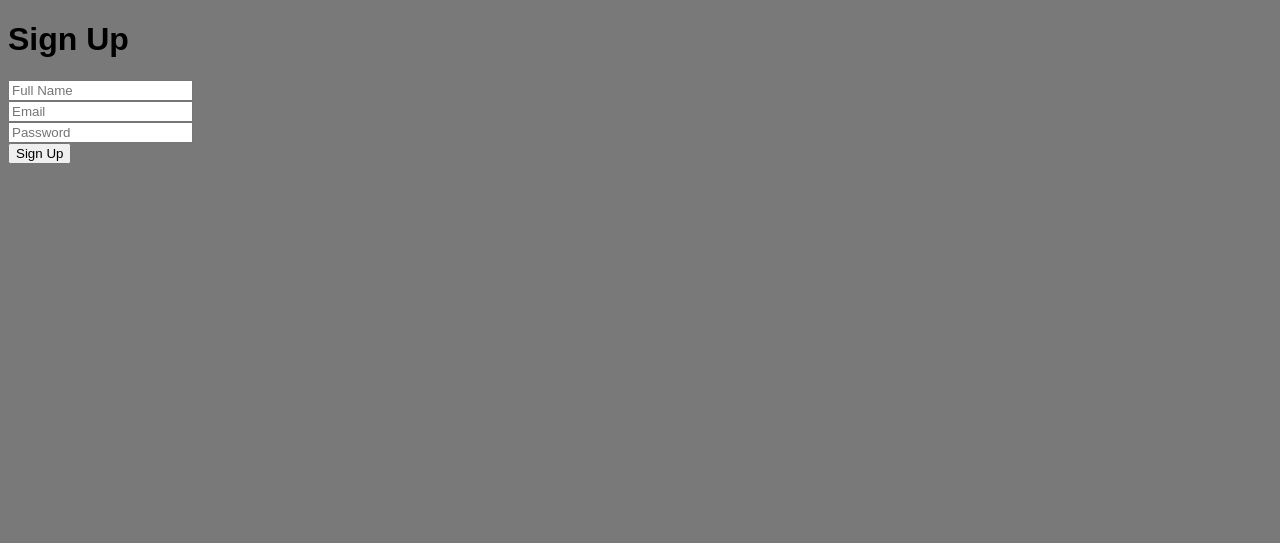
Repository: OmarEssameldinMousa/DONE
Page: signup.html
An editor plug-in stored every save of this project. The page is shown before and after the next save, followed by the edit.
The browser window is 1280 px wide. The pictures show the whole page.

Above is the page before, as saved 2023-12-16 20:35:07.

### signup.html
<!DOCTYPE html>
<html lang="en">

<head>
    <meta charset="UTF-8">
    <meta name="viewport" content="width=device-width, initial-scale=1.0">
    <title>Sign Up</title>
    <link rel="stylesheet" href="styles.css">
</head>

<body>
    <div class="signup-container">
        <h1>Sign Up</h1>
        <form id="signup-form" action="#" method="POST">
            <div class="input-group">
                <input type="text" id="fullname" name="fullname" placeholder="Full Name" required>
            </div>
            <div class="input-group">
                <input type="email" id="email" name="email" placeholder="Email" required>
            </div>
            <div class="input-group">
                <input type="password" id="password" name="password" placeholder="Password" required>
            </div>
            <button type="submit">Sign Up</button>
        </form>
    </div>
</body>

</html>

### CSS/styles.css
/* Start Variables */
:root{
    --main-color: rgba(235, 235, 235, 0.6);
    --secondery-color: #ff7f23;
    --third-color:#333;
}
/* End Variables */
/* Special Heading */
.special-heading{
    color: #ebeced;
    font-size: 100px;
    text-align: center;
    font-weight: 800;
    letter-spacing: -3px;
    margin: 0;

}
.special-heading + p{
    margin-top: -30px;
    text-align: center;
    font-size: 20px;
    color: #797979;
}
/* End Special Heading */
/* Start Global Rules */
*{
    -webkit-box-sizing: border-box;
    -moz-box-sizing: border-box;
    box-sizing: border-box;
}

body{

    font-family: 'Kablammo', cursive;
    font-family: 'Work Sans', sans-serif;
    background-color: #797979;

}

.container{
    padding-left: 15px;
    padding-right: 15px;
    margin-left: auto;
    margin-right: auto;
    background-color: #fff;
    margin: auto;
    width: 600px;
}

/*very small screens*/
@media (max-width: 767px){
    .container{
        .special-heading{
            font-size: 60px;
        }
        .special-heading + p{
            margin-top: -20px;
        }
        width: 390px;
        .landing{
            flex-direction: column;
            text-align: center;
            nav ul{
                display: none;
            }
        }

    }


}
/*small screens*/
@media (min-width: 768px){
    .container{
        width: 750px;
    }
}
/*Medium screens*/
@media (min-width: 992px){
    .container{
        width: 970px;
    }
}
/*Large screens*/
@media (min-width: 1200px){
    .container{
        width: 1170px;
    }
}
/* End Global Rules */


html{
    scroll-behavior: smooth;
}
/* navigation bar */

nav {
    background-color:  var(--secondery-color);
    color: white;
    display: flex;
    align-items: center;
    justify-content: space-between;
    padding: 10px 20px;
    box-shadow: 5px 5px 10px rgba(0, 0, 0, 0.3);
}
nav ul {
    list-style: none;
    margin: 0;
    padding: 0;
    display: flex;
}
nav ul li {
    margin-right: 10px;
    font-weight: bold;
}
nav ul li:not(:last-child) {
    border-right: solid 3px white;
    padding-right: 10px;
}
nav ul li a {
    text-decoration: none;
    color: white;
}
nav ul li a:hover {
    color: var(--main-color); /* Change color on hover */
}
.logo {
    font-size: 24px;
    font-weight: bold;
}
.github-icon {
    font-size: 20px;
    color: white;
}

.heading{
    display: flex;
    align-items: center;
    justify-content: center;
    margin-top: 50px;
    height: auto;
}

.landing{
    width: 100%;

    background-color: none;
    display: flex;
    flex-direction: row;

}

.landing h1{
    color: var(--secondery-color);
    font-size: 50px;
    font-weight: 900;
    padding: 30px;
}
.landing p{
    font-size: 20px;
}
.landing .logoimage img{
    width: 400px;
    position: relative;
    animation: topdown 2s ease-in-out infinite;
}

.landing .landingtext .buttons{
    margin: 30px;
    top: 150px;
}
@keyframes topdown {
    0%, 100% {
        top: 0; /* Starting and ending position (top) */
    }
    50% {
        top: 5px; /* Middle position (top) */
    }
}


.explore{
    height: auto;
    margin: 26px;
    text-align: center;
    display: block;
    padding: 20px;
    transition: 0.3s;
    width: min-content;
    margin: auto;
}
.explore h1{
    color: var(--secondery-color);
    font-weight: 900;
    transform: 0.3s;
}

.landing .logoimage{
    position: relative;
}
.explore h1:hover,
.explore:hover{
    background-color:var(--secondery-color);
    border-radius: 20px;
    color: #ebeced;
    cursor: pointer;
}



/* to do demo */
.tododemo{
    height: 300px;
    background-color: var(--secondery-color);
}

After the next save:
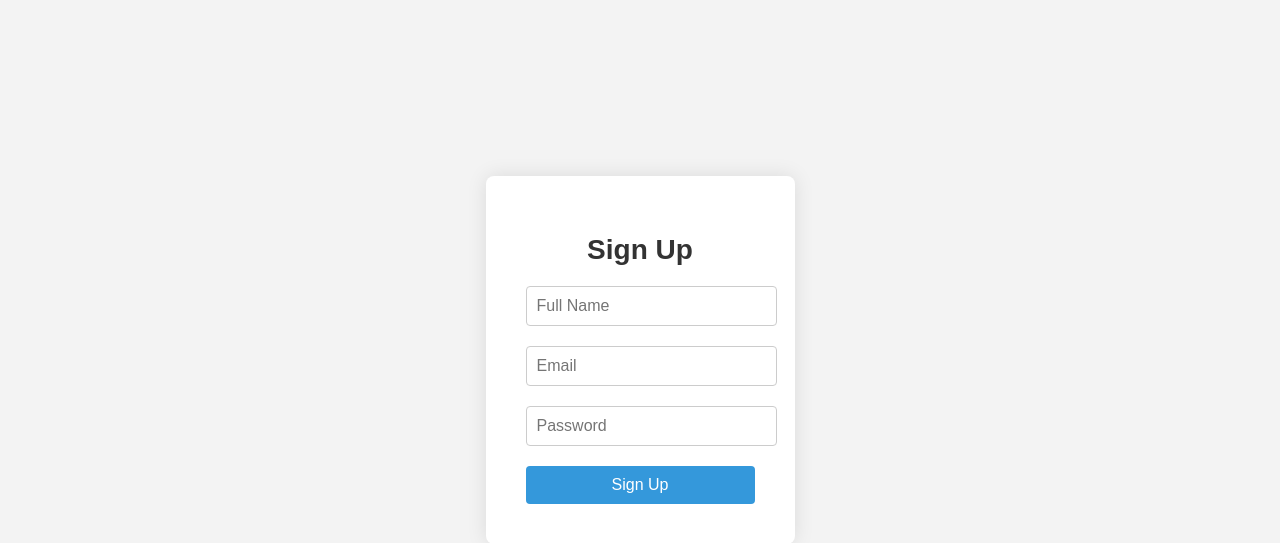
Saved 26 s later.
--- a/signup.html
+++ b/signup.html
@@ -5,7 +5,63 @@
     <meta charset="UTF-8">
     <meta name="viewport" content="width=device-width, initial-scale=1.0">
     <title>Sign Up</title>
-    <link rel="stylesheet" href="styles.css">
+
+    <style>
+        body {
+            font-family: Arial, sans-serif;
+            margin: 0;
+            padding: 0;
+            display: flex;
+            justify-content: center;
+            align-items: center;
+            height: 100vh;
+            background-color: #f3f3f3;
+        }
+
+        .signup-container {
+            background-color: #fff;
+            padding: 40px;
+            border-radius: 8px;
+            box-shadow: 0 0 20px rgba(0, 0, 0, 0.1);
+            text-align: center;
+        }
+
+        h1 {
+            margin-bottom: 20px;
+            font-size: 28px;
+            color: #333;
+        }
+
+        .input-group {
+            margin-bottom: 20px;
+        }
+
+        input[type="text"],
+        input[type="email"],
+        input[type="password"] {
+            width: 100%;
+            padding: 10px;
+            border: 1px solid #ccc;
+            border-radius: 4px;
+            font-size: 16px;
+        }
+
+        button {
+            width: 100%;
+            padding: 10px;
+            border: none;
+            border-radius: 4px;
+            font-size: 16px;
+            cursor: pointer;
+            background-color: #3498db;
+            color: #fff;
+            transition: background-color 0.3s ease;
+        }
+
+        button:hover {
+            background-color: #2980b9;
+        }
+    </style>
 </head>
 
 <body>
